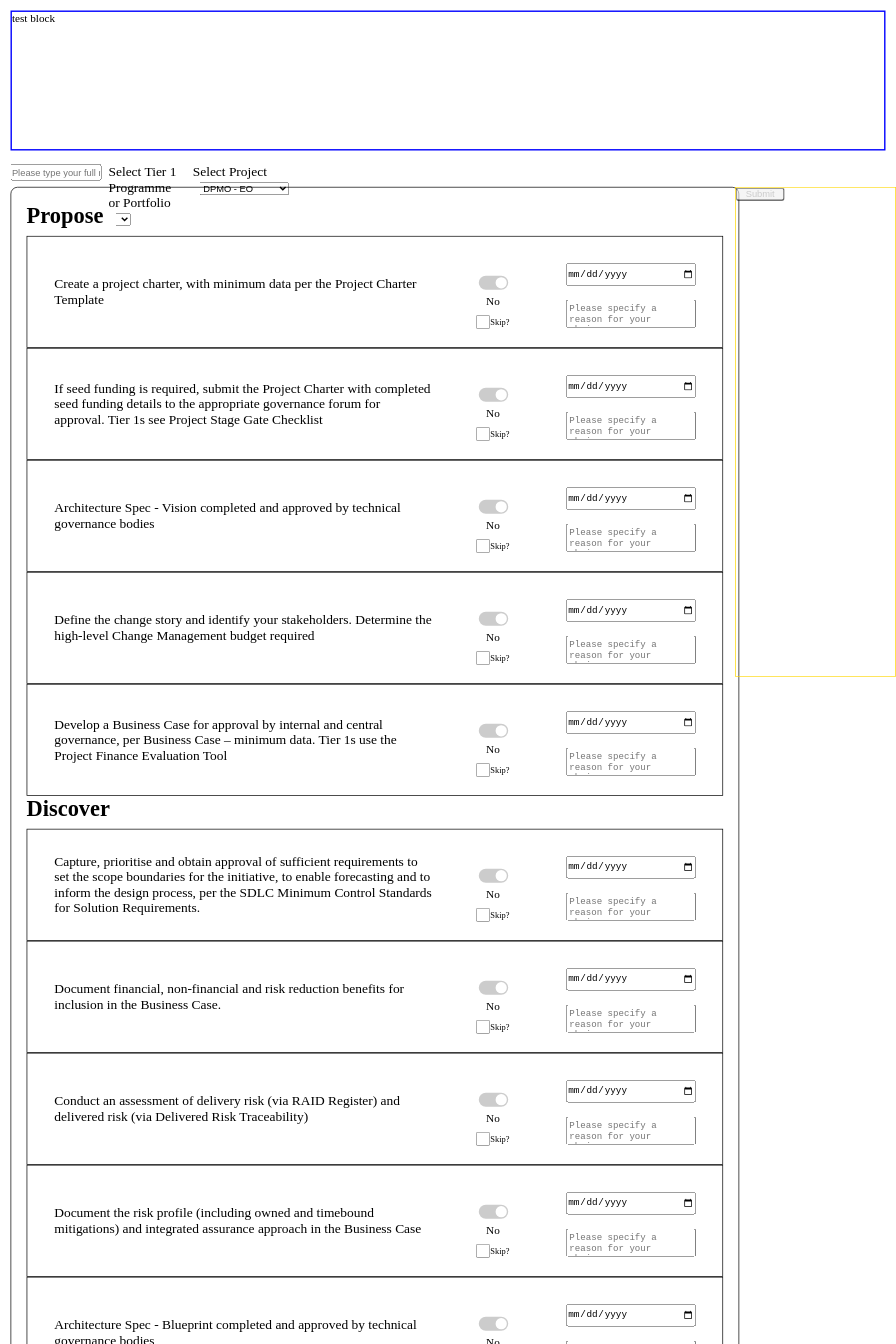
Repository: I-Alpha/JQuery-Html-form
Page: Project-form.html
These files come from the project's save history. The page is drawn as it stood at one moment and after the next save; the edit follows.
The browser window is 1280 px wide. The pictures show the part of the page from y = 0 to 1920 px (the page is 8699 px tall), at 70% of full size.

Above is the page before, as saved 2020-10-27 00:55:37.

After the next save:
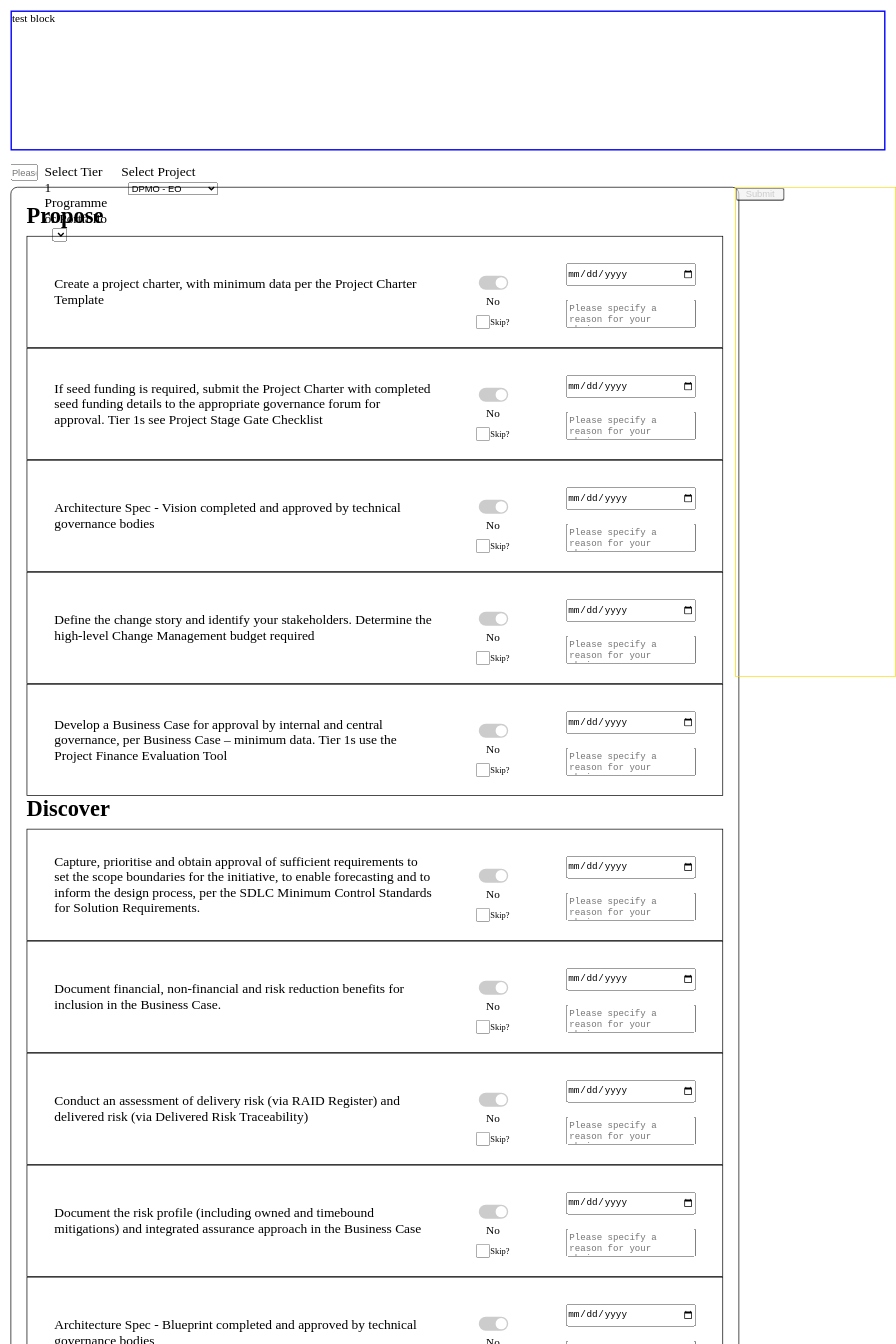
Saved 12 s later.
--- a/main.css
+++ b/main.css
@@ -310,7 +310,7 @@ and (min-width : 1224px) {
   #preBar{
    display: grid;
     flex-direction: row;
-   grid-template-columns: 1fr 1fr 1fr;
+   grid-template-columns: 1fr 2fr 1fr;
 
    margin : 10px 0;
   }
